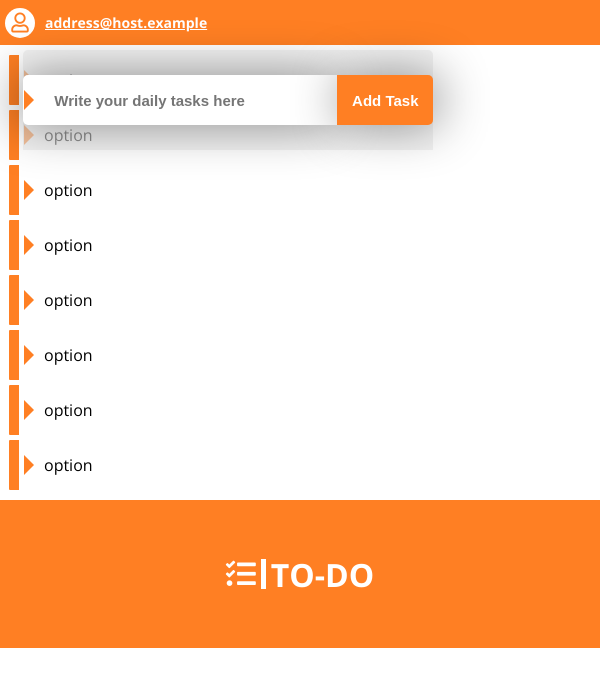
Repository: OmarEssameldinMousa/To-do-list-level01
Page: index.html
An editor plug-in stored every save of this project. The page is shown before and after the next save, followed by the edit.
The browser window is 600 px wide. The pictures show the whole page.

Above is the page before, as saved 2023-08-08 11:33:37.

### index.html
<!DOCTYPE html>
<html lang="en">
<head>
    <meta charset="UTF-8">
    <meta name="viewport" content="width=device-width, initial-scale=1.0">
    <title>ToDo</title>
    <link rel="stylesheet" href="main.css">
    <link rel="preconnect" href="https://fonts.gstatic.com" />
    <link rel="stylesheet" href="css/all.min.css">
    <link href="https://fonts.googleapis.com/css2?family=Open+Sans:wght@400;700&display=swap" rel="stylesheet" />
</head>
<body>
    <div class="dashboard">
        <div class="nav">
            <div class="navigation">
                <div class="profile">
                    <div class="profile-pic">
                        <i class="fa-regular fa-user"></i>
                    </div>
                    <h3>address@host.example</h3>
                    <!-- <i class="fa-solid fa-bars"></i> -->
                </div>
                <ul>
                    <li>
                        <span class="toggle"></span>
                        <span class="title">option</span>
                    </li>
                    <li>
                        <span class="toggle"></span>
                        <span class="title">option</span>
                    </li>
                    <li>
                        <span class="toggle"></span>
                        <span class="title">option</span>
                    </li>
                    <li>
                        <span class="toggle"></span>
                        <span class="title">option</span>
                    </li>
                    <li>
                        <span class="toggle"></span>
                        <span class="title">option</span>
                    </li>
                    <li>
                        <span class="toggle"></span>
                        <span class="title">option</span>
                    </li>
                    <li>
                        <span class="toggle"></span>
                        <span class="title">option</span>
                    </li>
                    <li>
                        <span class="toggle"></span>
                        <span class="title">option</span>
                    </li>
                </ul>
                <div class="footer">
                    <i class="fa-solid fa-list-check"></i>
                    <span></span>
                    <h1>TO-DO</h1>
                </div>
            </div>
        </div>
        <div class="workstation">
            <div class="container">
                <div class="form">
                    <div>
                        <span></span>
                        <input type="text" class="input" placeholder="Write your daily tasks here">
                    </div>
                    <input type="submit" class="add" value="Add Task">
                </div>
                <!-- separator -->
                <div class="tasks">
                    <div class="tasks-numbers">

                    </div>
                    <div class="tasks-container">

                    </div>
                </div>
            </div>
        </div>
    </div>
    <script src="main.js"></script>
</body>
</html>

### main.css
:root {
    --main-color: rgba(235, 235, 235, 0.6);
    --secondery-color: #ff7f23;
}

/* mobiles */
/* mobiles */

* {
    -webkit-box-sizing: border-box;
    -moz-box-sizing: border-box;
    box-sizing: border-box;
    padding: 0;
    margin: 0;
}

body {
    font-family: "Open Sans", sans-serif;
    background-image: url(backgroundimage.jpg);
    background-repeat: no-repeat;
    background-size: cover;
    position: relative;
    height: 100%;
}

body::before {
    content: "";
    width: 100%;
    height: 100%;
    background-color: rgba(0, 0, 0, 0.629);
    position: absolute;
    top: 0;
    left: 0;
    z-index: -1;
}

ul {
    list-style: none;
}


.dashboard {
    display: flex;
    height: 100%;
    width: 100%;
    column-gap: 0px;
}

.nav {
    width: 20%;
    height: 100%;
    position: relative;
}

.nav .navigation {
    height: 100%;
    width: 100%;
    background: var(--main-color);
}

.nav .navigation .profile {
    width: 100%;
    height: 50px;
    background-color: var(--secondery-color);
    display: flex;
    align-items: center;
    border-bottom: 5px solid white;
}

.nav .navigation .profile .profile-pic {
    border-radius: 50%;
    background-color: white;
    height: 30px;
    width: 30px;
    display: flex;
    align-items: center;
    justify-content: center;
    margin-left: 5px;

}

.nav .navigation .profile i {
    font-size: 20px;
    color: var(--secondery-color);
}

.nav .navigation .profile h3 {
    font-size: 14px;
    padding-left: 10px;
    text-decoration: underline;
    color: white;
}

.nav .navigation ul {
    width: 97%;
    margin: auto;
    margin-top: 5px;
}

.nav .navigation ul li {
    padding: 5px;
    height: 50px;
    background-color: white;
    margin-bottom: 5px;
    border-radius: 1px;
    border-left: 10px solid #ff7f23;
    display: flex;
    align-items: center;
    transition: 0.3s;

}


.nav .navigation ul li:hover .toggle {
    padding-left: 10px;
}

.navigation .footer {
    width: 100%;
    height: 153px;
    background-color: #ff7f23;
    display: flex;
    align-items: center;
    justify-content: center;
    border-top: 5px solid white;
    column-gap: 5px;
}

.navigation .footer i {
    font-size: 30px;
    color: white;
}

.navigation .footer h1 {
    color: white;
}

.navigation .footer span {
    height: 30px;
    width: 5px;
    background-color: white;
}

li .toggle {
    border: 10px solid var(--secondery-color);
    border-color: transparent transparent transparent #ff7f23;

}

.workstation {
    width: 76%;
    height: 100%;
    position: relative;
    flex: 1;
}

.container {
    width: 100%;
    min-height: 50px;
    background-color: transparent;
    z-index: 1;
    position: absolute;
}

.container .form {
    width: 90%;
    height: 100px;
    background-color: var(--main-color);
    margin: 20px auto;
    border-top-right-radius: 5px;
    border-top-left-radius: 5px;
    text-align: center;
    position: relative;
    display: flex;
    justify-content: center;
    align-items: center;
}

.container .tasks {
    width: 90%;
    background-color: var(--main-color);
    margin: 20px auto;
    display: flex;
    border-bottom-left-radius: 5px;
    border-bottom-right-radius: 5px;
}

.container .form .input,
.container .form .add {
    display: block;
    height: 50px;
}

.container .form div {
    width: 80%;
    border-bottom-left-radius: 5px;
    border-top-left-radius: 5px;
    border: 0px solid;
    box-shadow: -5px 0 50px 0px #00000073;
    background-color: white;
    display: flex;
    justify-content: flex-end;
    align-items: center;
}

.container .form div span {
    border: 10px solid #ff7f23;
    border-color: transparent transparent transparent #ff7f23;
    margin-right: 10px;
}

.container .form div .input {
    outline: 0;
    font-size: 15px;
    border: 0px solid;
    font-weight: bold;
    width: 90%;
}

.container .form .add {
    width: 100px;
    border: 0px solid;
    background-color: #ff7f23;
    color: white;
    font-weight: bold;
    font-size: 15px;
    border-bottom-right-radius: 5px;
    border-top-right-radius: 5px;
    box-shadow: 5px 0 50px 0px #00000073;
}

.container .tasks .tasks-container {
    width: 80%;
    display: flex;
    flex-direction: column;
    align-items: center;
    align-content: center;
    flex: 1;
}

.container .tasks .tasks-container .task {
    width: 80%;
    height: 50px;
    border-radius: 5px;
    border: 0px solid;
    box-shadow: -5px 0 50px 0px #00000073;
    background-color: white;
    margin: 10px 0;
    position: relative;
    display: flex;
    align-items: center;
}

.container .tasks .tasks-container .task i {
    margin-left: 10px;
    margin-right: 10px;
    color: var(--secondery-color);
}


.container .tasks .tasks-container .task::after {
    content: "";
    width: 10%;
    height: 100%;
    background-color: #ff7f23;
    position: absolute;
    top: 0;
    left: 90%;
    z-index: 0;
    border-top-right-radius: 5px;
    border-bottom-right-radius: 5px;
}

.container .tasks .tasks-container .task i:first-of-type {
    position: absolute;
    right: 4%;
    top: 50%;
    transform: translateY(-50%);
    color: white;
    z-index: 1;
    font-size: 20px;
}

.container .tasks .tasks-container .task i:last-of-type {
    position: absolute;
    right: 0%;
    top: 50%;
    transform: translateY(-50%);
    color: white;
    z-index: 1;
    font-size: 20px;
}

.container .tasks .tasks-numbers {
    width: 50px;
    display: flex;
    align-items: center;
    flex-direction: column;
}


.tasks-numbers .repated-line-circle {
    width: 2px;
    height: 70px;
}

.tasks-numbers .line-circle {
    display: flex;
    flex-direction: column;
    width: 100%;
    height: 100%;
    justify-content: space-between;
    align-items: center;
}

.tasks-numbers .line-circle .upper-line {
    width: 100%;
    height: 40%;
    background-color: white;
}

.tasks-numbers .line-circle .circle {
    font-family: 'VT323', monospace;
    width: 20px;
    height: 20px;
    background-color: #ff7f23;
    border-radius: 50%;
    text-align: center;
    position: relative;
    transition: 0.3s;
    animation: gradient-animation 5s infinite alternate;
    border: 1px solid white;
}


.tasks-numbers .line-circle .circle p {
    position: absolute;
    left: 50%;
    top: 50%;
    transform: translate(-50%, -50%);
    font-size: 14px;
    color: white;
}

.line-circle .circle p a {
    text-decoration: none;
}

.tasks-numbers .line-circle .lower-line {
    width: 2px;
    height: 40%;
    background-color: white;
}

@media (max-width: 767px) {
    body {
        background-image: none;
    }

    .dashboard {
        flex-direction: column;
    }

    .nav {
        width: 100%;
        height: 30px;
        /* overflow: hidden; */
    }

    .navigation {
        position: absolute;
    }
}

/* Small */
@media (min-width: 768px) {
    .container {
        width: 750px;
    }
}

/* Medium */
@media (min-width: 992px) {
    .container {
        width: 970px;
    }
}

/* Large */
@media (min-width: 1200px) {
    .container {
        width: 1170px;
    }
}

### main.js
let counter = 1;
let counterarray = [];
let tasksDiv = document.querySelector(".tasks-container");
let tasksnumbersDiv = document.querySelector(".tasks-numbers");
let inputbox = document.querySelector(".input");
let inputboxValue = inputbox.value;
let inputbtn = document.querySelector(".add");
let idtentity = 0;
let list = [];

function createTaskDiv_NumberDiv() {
    if (inputbox.value != "") {
        let inputbox = document.querySelector(".input");
        let inputboxValue = inputbox.value;
        counterarray.push(counter);
        // craeting task divs
        let taskDiv = document.createElement("div");
        taskDiv.className = "task";
        let i1 = document.createElement("i");
        i1.className = "fa-regular fa-square-check";
        let i2 = document.createElement("i");
        i2.className = "fa-solid fa-clock";
        let i3 = document.createElement("i");
        i3.className = "fa-regular fa-trash-can";
        i3.setAttribute("index", counterarray.length - 1);
        let tasktitle = document.createElement("h4");
        tasktitle.innerHTML = inputboxValue;
        // nesting all childs under each parent
        tasksDiv.appendChild(taskDiv);
        taskDiv.appendChild(i1);
        taskDiv.appendChild(i2);
        taskDiv.appendChild(i3);
        taskDiv.appendChild(tasktitle);
        //creating the numbering divs
        let repatedlinecircleDiv = document.createElement("div");
        repatedlinecircleDiv.className = "repated-line-circle";
        let linecirclediv = document.createElement("div");
        linecirclediv.className = "line-circle";
        let upperlinediv = document.createElement("div");
        upperlinediv.className = "upper-line";
        let circlediv = document.createElement("div");
        circlediv.className = "circle";
        let circleparacontent = document.createElement("p");
        circleparacontent.innerHTML = `${counterarray.length}`;
        let lowerlinediv = document.createElement("div");
        lowerlinediv.className = "lower-line";
        //nesting all childs under each parent
        tasksnumbersDiv.appendChild(repatedlinecircleDiv);
        repatedlinecircleDiv.appendChild(linecirclediv);
        linecirclediv.appendChild(upperlinediv);
        linecirclediv.appendChild(circlediv);
        circlediv.appendChild(circleparacontent);
        linecirclediv.appendChild(lowerlinediv);
        // after adjustments
        list.push({ "id": idtentity, "title": inputbox.value, });
        window.localStorage.setItem("tasks", JSON.stringify(list));
        inputbox.value = "";
        counter++;
        idtentity++;
        inputbox.focus();
    }
}

inputbtn.addEventListener("click", createTaskDiv_NumberDiv);

document.addEventListener("click", function (e) {
    if (e.target.className === "fa-regular fa-trash-can") {
        let n = 1;
        // deleting from BOM - local storage
        let storedTasks = JSON.parse(window.localStorage.getItem("tasks"))
        storedTasks.filter(a => a.id != e.index);
        list = storedTasks;
        window.localStorage.clear()
        window.localStorage.setItem("tasks", JSON.stringify(storedTasks));
        // deleting from the DOM
        e.target.parentElement.parentElement.previousElementSibling.lastChild.remove();
        counterarray.pop();
        counter--;
        e.target.parentElement.remove();
        document.querySelectorAll(".circle p").forEach(element => {
            element.innerHTML = n;
            n++;
        });
    }
})

Loaded but not shown: css/all.min.css (library)

After the next save:
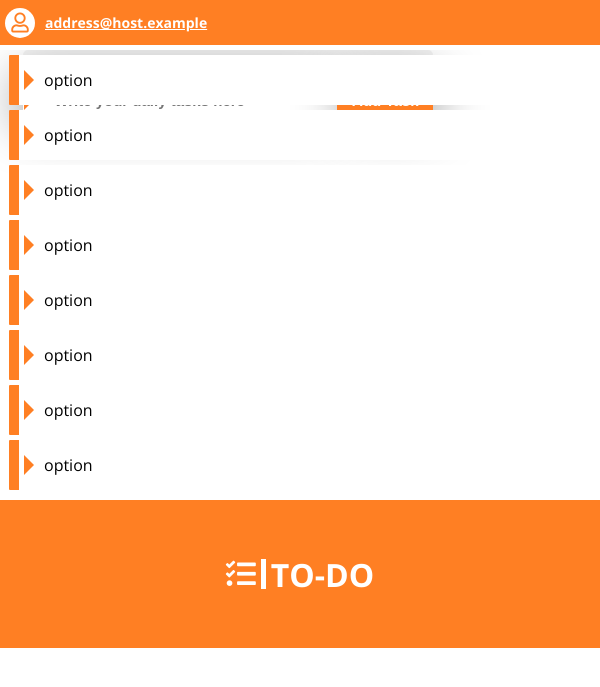
Saved 2 min 7 s later.
--- a/main.css
+++ b/main.css
@@ -364,7 +364,7 @@ li .toggle {
     .nav {
         width: 100%;
         height: 30px;
-        /* overflow: hidden; */
+        z-index: 2;
     }
 
     .navigation {
